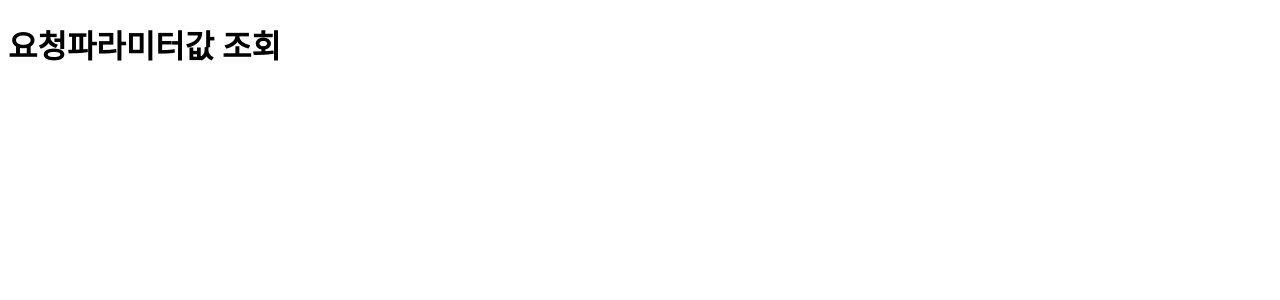
Repository: onuo77/ja_HTA
Page: http://localhost/sample/req/demo3-1.jsp?id=hong
An editor plug-in stored every save of this project. The page is shown before and after the next save, followed by the edit.
The browser window is 1280 px wide. The pictures show the whole page.
The page is served by Tomcat 9. Other server files are loaded and not shown.

Above is the page before, as saved 2021-05-20 02:43:00.

### java-web/sample/src/main/webapp/req/demo3-1.jsp
<%@ page language="java" contentType="text/html; charset=UTF-8"
    pageEncoding="UTF-8"%>
<!DOCTYPE html>
<html>
<head>
<meta charset="UTF-8">
<title>클라이언트가 전달한 요청파라미터값 조회하기</title>
</head>
<body>
	<h1>요청파라미터값 조회</h1>
</body>
</html>

After the next save:
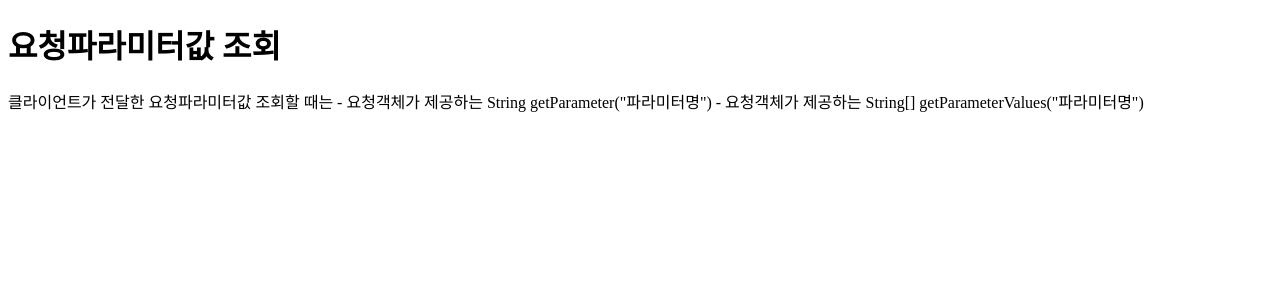
Saved 2 min 6 s later.
--- a/java-web/sample/src/main/webapp/req/demo3-1.jsp
+++ b/java-web/sample/src/main/webapp/req/demo3-1.jsp
@@ -8,5 +8,10 @@
 </head>
 <body>
 	<h1>요청파라미터값 조회</h1>
+	<p>
+		클라이언트가 전달한 요청파라미터값 조회할 때는
+			- 요청객체가 제공하는 String getParameter("파라미터명")
+			- 요청객체가 제공하는 String[] getParameterValues("파라미터명")
+	</p>
 </body>
 </html>
